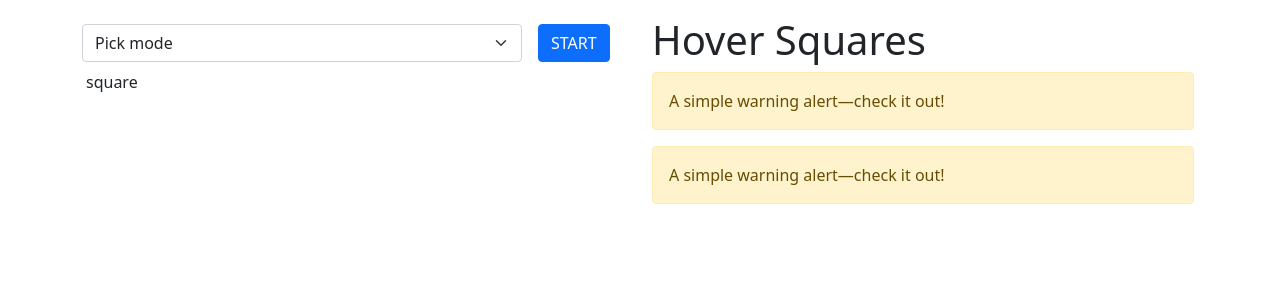
Repository: tsydikov/StarNaviTestTask
Page: /
These files come from the project's save history. The page is drawn as it stood at one moment and after the next save; the edit follows.
The browser window is 1280 px wide. The pictures show the whole page.
The project was rebuilt for these pictures with package versions that can differ from the ones it lists, and the page was loaded fresh each time.

Above is the page before, as saved 2021-08-13 10:44:42.

### public/index.html
<!DOCTYPE html>
<html lang="en">
  <head>
    <meta charset="utf-8" />
    <link rel="icon" href="%PUBLIC_URL%/favicon.ico" />
    <meta name="viewport" content="width=device-width, initial-scale=1" />
    <meta name="theme-color" content="#000000" />
    <meta
      name="description"
      content="Web site created using create-react-app"
    />
    <link rel="apple-touch-icon" href="%PUBLIC_URL%/logo192.png" />
    <!--
      manifest.json provides metadata used when your web app is installed on a
      user's mobile device or desktop. See https://developers.google.com/web/fundamentals/web-app-manifest/
    -->
    <link rel="manifest" href="%PUBLIC_URL%/manifest.json" />
    <link href="https://cdn.jsdelivr.net/npm/bootstrap@5.1.0/dist/css/bootstrap.min.css" rel="stylesheet" integrity="sha384-KyZXEAg3QhqLMpG8r+8fhAXLRk2vvoC2f3B09zVXn8CA5QIVfZOJ3BCsw2P0p/We" crossorigin="anonymous">
    <!--
      Notice the use of %PUBLIC_URL% in the tags above.
      It will be replaced with the URL of the `public` folder during the build.
      Only files inside the `public` folder can be referenced from the HTML.

      Unlike "/favicon.ico" or "favicon.ico", "%PUBLIC_URL%/favicon.ico" will
      work correctly both with client-side routing and a non-root public URL.
      Learn how to configure a non-root public URL by running `npm run build`.
    -->
    <title>React App</title>
  </head>
  <body>
    <noscript>You need to enable JavaScript to run this app.</noscript>
    <div id="root"></div>
    <!--
      This HTML file is a template.
      If you open it directly in the browser, you will see an empty page.

      You can add webfonts, meta tags, or analytics to this file.
      The build step will place the bundled scripts into the <body> tag.

      To begin the development, run `npm start` or `yarn start`.
      To create a production bundle, use `npm run build` or `yarn build`.
    -->
  </body>
</html>

### src/App.js
import React from 'react'
import './App.css'

function App() {
  return (
    <div className="container p-3">
      <div className="row ">
        <div className="col">
          <div className="row">
            <div className="col p-2">
              <select class="form-select p" aria-label="Default select example">
                <option selected>Pick mode</option>
                <option value="1">Easy</option>
                <option value="2">Normal</option>
                <option value="3">Hard</option>
              </select>
              <button type="button" class="btn btn-primary">START</button>
            </div>
          </div>
          <div className="row">
            <div className="col">
              square
            </div>
          </div>
        </div>
        <div className="col">
          <h1>Hover Squares</h1>
          <div class="alert alert-warning" role="alert">
            A simple warning alert—check it out!
          </div>
            <div class="alert alert-warning" role="alert">
              A simple warning alert—check it out!
            </div>
        </div>
      </div>
    </div>
  );
}

export default App;

### src/App.css
.p {
    float: left;
    width: 80%;
    margin-right: 1rem;
}

.containerSquares {
    display: flex;
    justify-content: center;
    align-items: center;
    flex-wrap: wrap;
    max-width: 400px;
  }

  .square {
    width: 16px;
    height: 16px;
    background: white;
    margin: 2px;
    box-shadow: 0 0 2px #000;
    transition: 2s ease;
  }

Loaded but not shown: src/index.js (common file); src/reportWebVitals.js (common file)

After the next save:
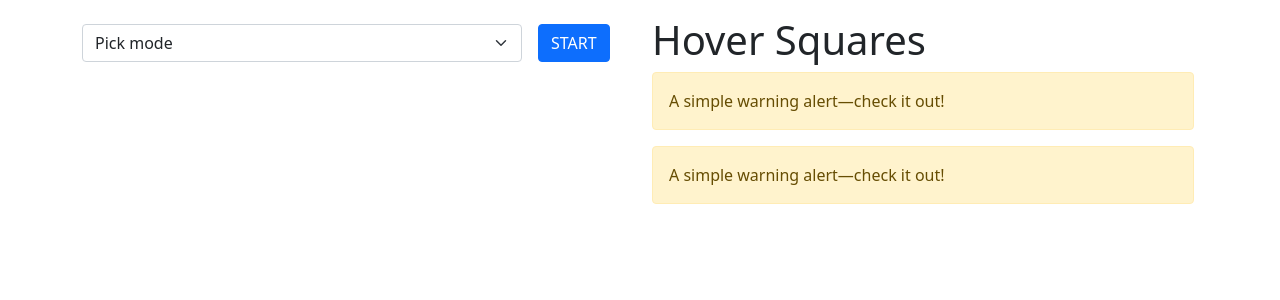
Saved 111 s later.
--- a/src/App.js
+++ b/src/App.js
@@ -19,7 +19,9 @@ function App() {
           </div>
           <div className="row">
             <div className="col">
-              square
+              <div class="containerSquares" id="board">
+
+              </div>
             </div>
           </div>
         </div>
